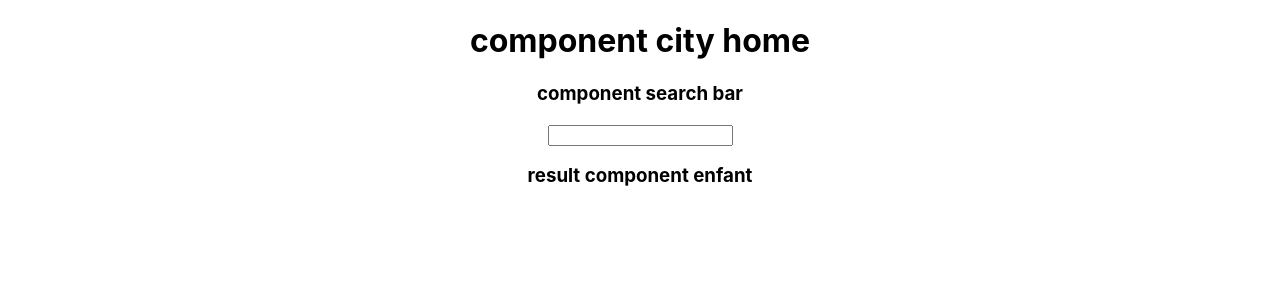
Repository: julieLyM/app-weather
Page: / (app in client/)
These files come from the project's save history. The page is drawn as it stood at one moment and after a run of saves; the edit follows.
The browser window is 1280 px wide. The pictures show the whole page.
The project was rebuilt for these pictures with package versions that can differ from the ones it lists, and the page was loaded fresh each time.

Above is the page before, as saved 2020-08-28 10:42:30.

### client/src/App.js
import React from "react";
import City from "./components/City";
import "./App.css";

function App() {
  return (
    <div className="App">
      <City />
    </div>
  );
}

export default App;

### client/src/components/City.js
import React, { Component } from 'react';

import { Results } from './Results';
import { SearchBar } from './SearchBar';

import { getWeatherByCity } from '../service/data';

export default class City extends Component {
  state = {
    city: '',
    resultCity: null,
  };

  onChange = ({ target: { value: city } }) => {
    this.setState({ city });
  };

  searchCity = async () => {
    const { data } = async () => {
      await getWeatherByCity(this.state.city);
      this.setState({ resultCity: data });
    };
  };

  onKeyDown = (e) => {
    if (e.key === 'Enter') {
      this.searchCity();
    }
  };

  render() {
    const { resultCity, city } = this.state;
    return (
      <div>
        <h1>component city home</h1>
        <SearchBar onKeyDown={this.onKeyDown} onChange={this.onChange} />
        {<Results city={city} resultCity={resultCity} />}
      </div>
    );
  }
}

### client/src/components/Results.js
import React from 'react';

export const Results = ({ resultCity, city }) => {
  return (
    <div>
      <h3>result component enfant</h3>
      <p>{resultCity}</p>
    </div>
  );
};

### client/src/components/SearchBar.js
import React from 'react';

export const SearchBar = ({ onChange, onKeyDown }) => {
  return (
    <div>
      <h3>component search bar</h3>
      <input onKeyDown={onKeyDown} onChange={onChange}></input>
    </div>
  );
};

### client/src/service/data.js
import axios from 'axios';

export const getWeatherByCity = async (cityName) => {
  const { data } = await axios.get(`api/v1/weatherCity`, {
    params: { q: cityName },
  });
  console.log(data);
  return data;
};

export const getWeatherForFiveDaysByCity = async (cityName) => {
  const { data } = await axios.get(`api/v1/weatherCity/forecast`, {
    params: { q: cityName },
  });
  return data;
};

Loaded but not shown: client/public/index.html (common file); client/src/index.js (common file); client/src/index.css (common file); client/src/serviceWorker.js (common file); client/src/App.css (common file)

After the next 6 saves:
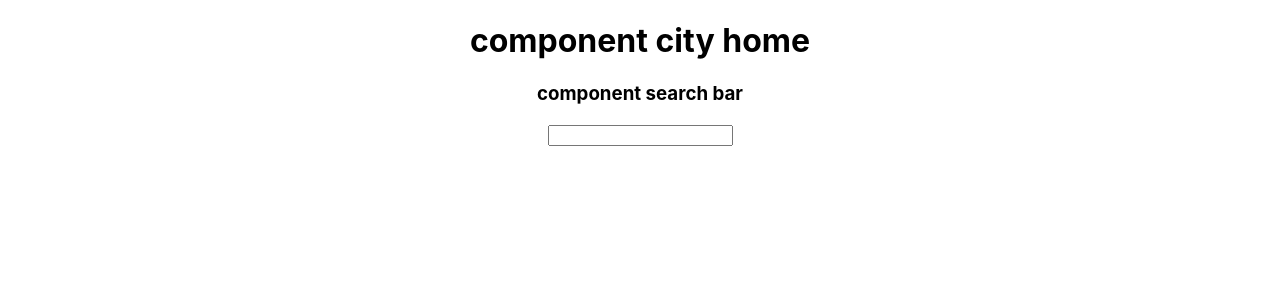
The 6 saves are shown as one change because they came seconds apart.
The last was saved 17 s later.
--- a/client/src/components/City.js
+++ b/client/src/components/City.js
@@ -34,7 +34,7 @@ export default class City extends Component {
       <div>
         <h1>component city home</h1>
         <SearchBar onKeyDown={this.onKeyDown} onChange={this.onChange} />
-        {<Results city={city} resultCity={resultCity} />}
+        {resultCity && <Results city={city} resultCity={resultCity} />}
       </div>
     );
   }
